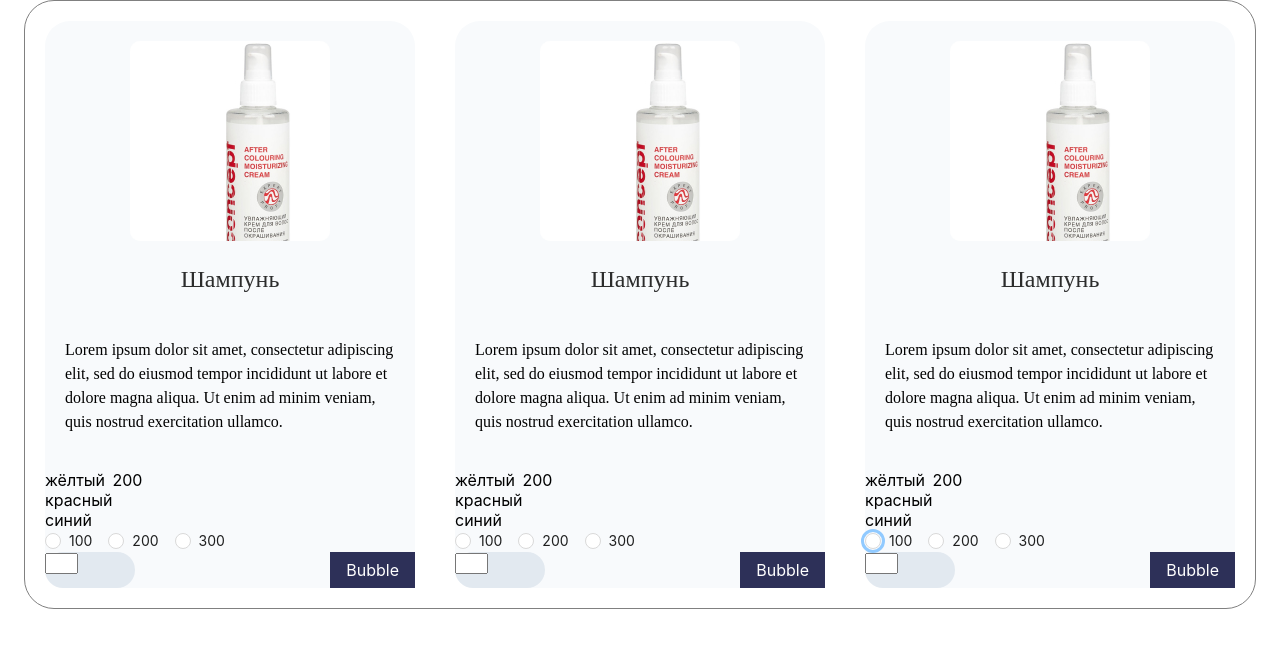
Repository: MiroslavWise/shamptu
Page: /
These files come from the project's save history. The page is drawn as it stood at one moment and after the next save; the edit follows.
The browser window is 1280 px wide. The pictures show the whole page.
The project was rebuilt for these pictures with package versions that can differ from the ones it lists, and the page was loaded fresh each time. Also part of the build but not shown: src/App.css.

Above is the page before, as saved 2022-02-17 13:31:55.

After the next save:
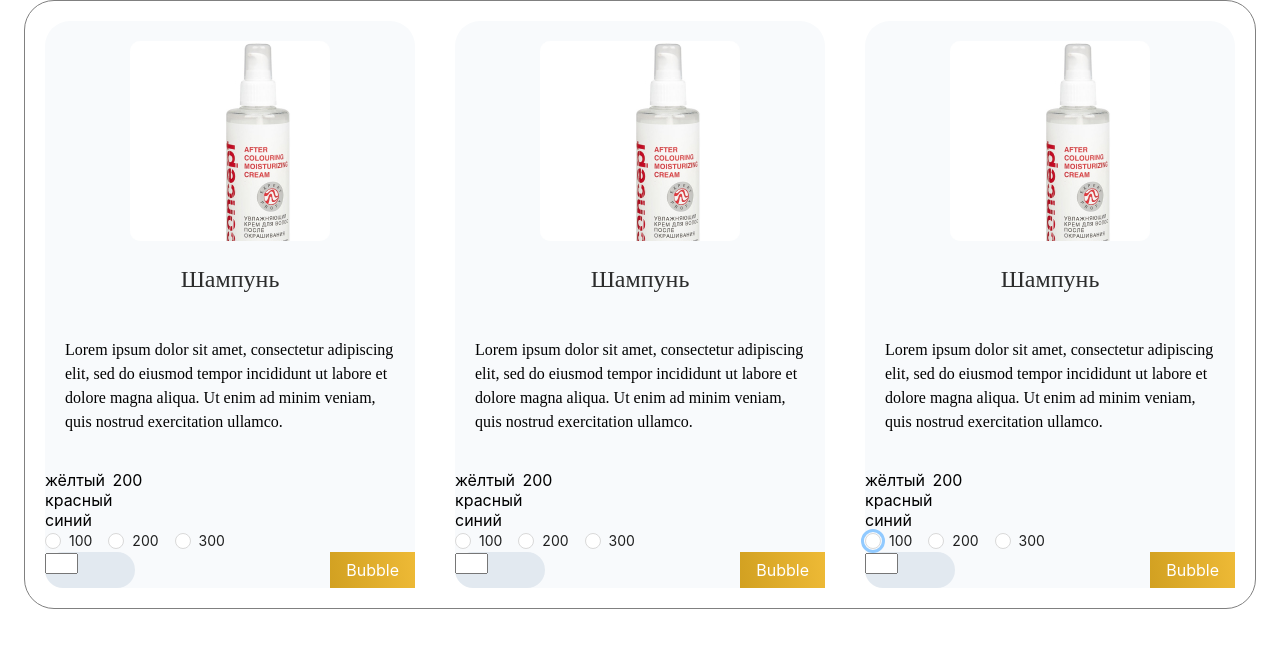
Saved 82 s later.
--- a/src/components/items/style.css
+++ b/src/components/items/style.css
@@ -89,7 +89,7 @@
     padding: 0.5em 1em;
     outline: none;
     border: none;
-    background-color: hsl(236, 32%, 26%);
+    background: linear-gradient(261.65deg, #EFBB37 -3.95%, #CF9E1F 109.44%);
     overflow: hidden;
     transition: color 0.4s ease-in-out;
   }
